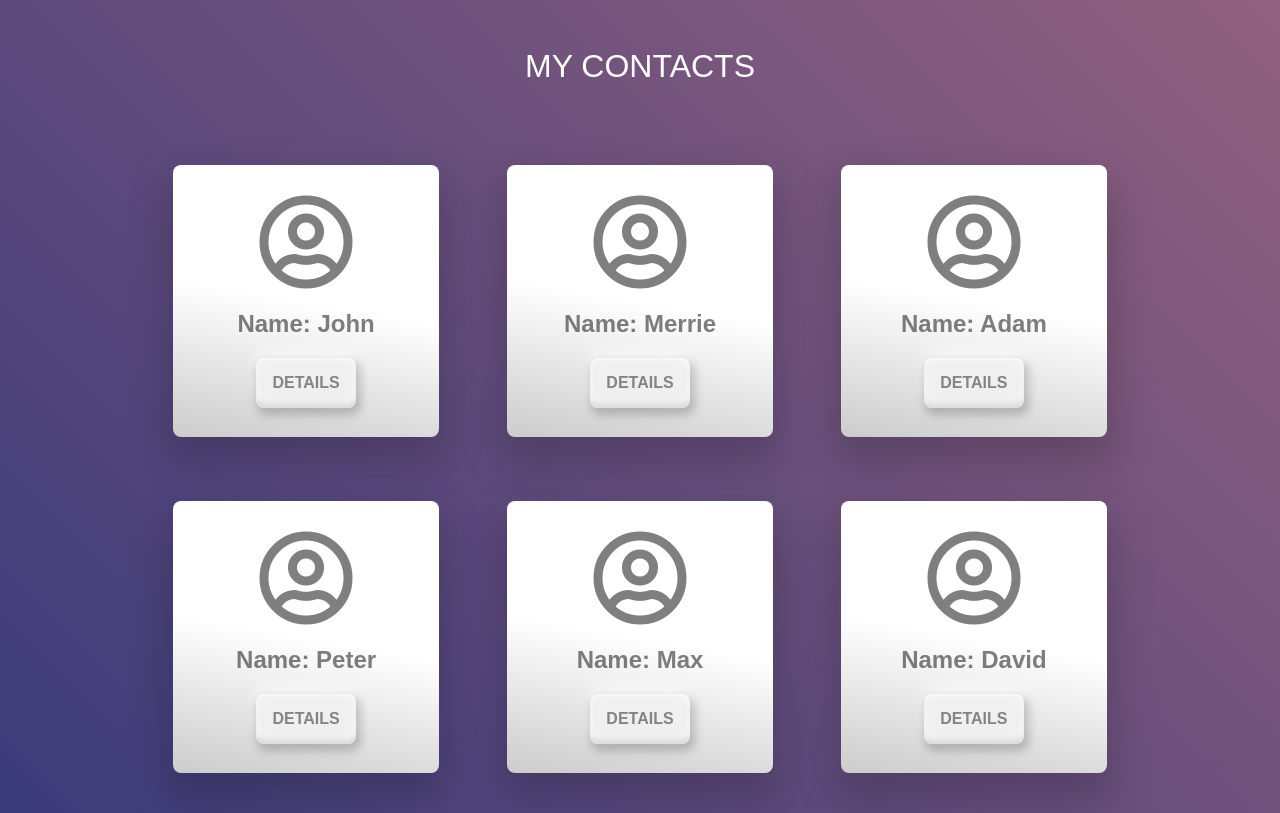
Repository: jenny241093/JS-Core
Page: 03.JSApplications/07.Templating/05. JS-Applications-Templating-Lab-Resources/index.html
These files come from the project's save history. The page is drawn as it stood at one moment and after the next save; the edit follows.
The browser window is 1280 px wide. The pictures show the whole page.
After loading, the first visible `button.detailsBtn` was clicked once.

Above is the page before, as saved 2019-04-04 12:53:26.
Console error (its wording comes from the project's code and is left out).

After the next save:
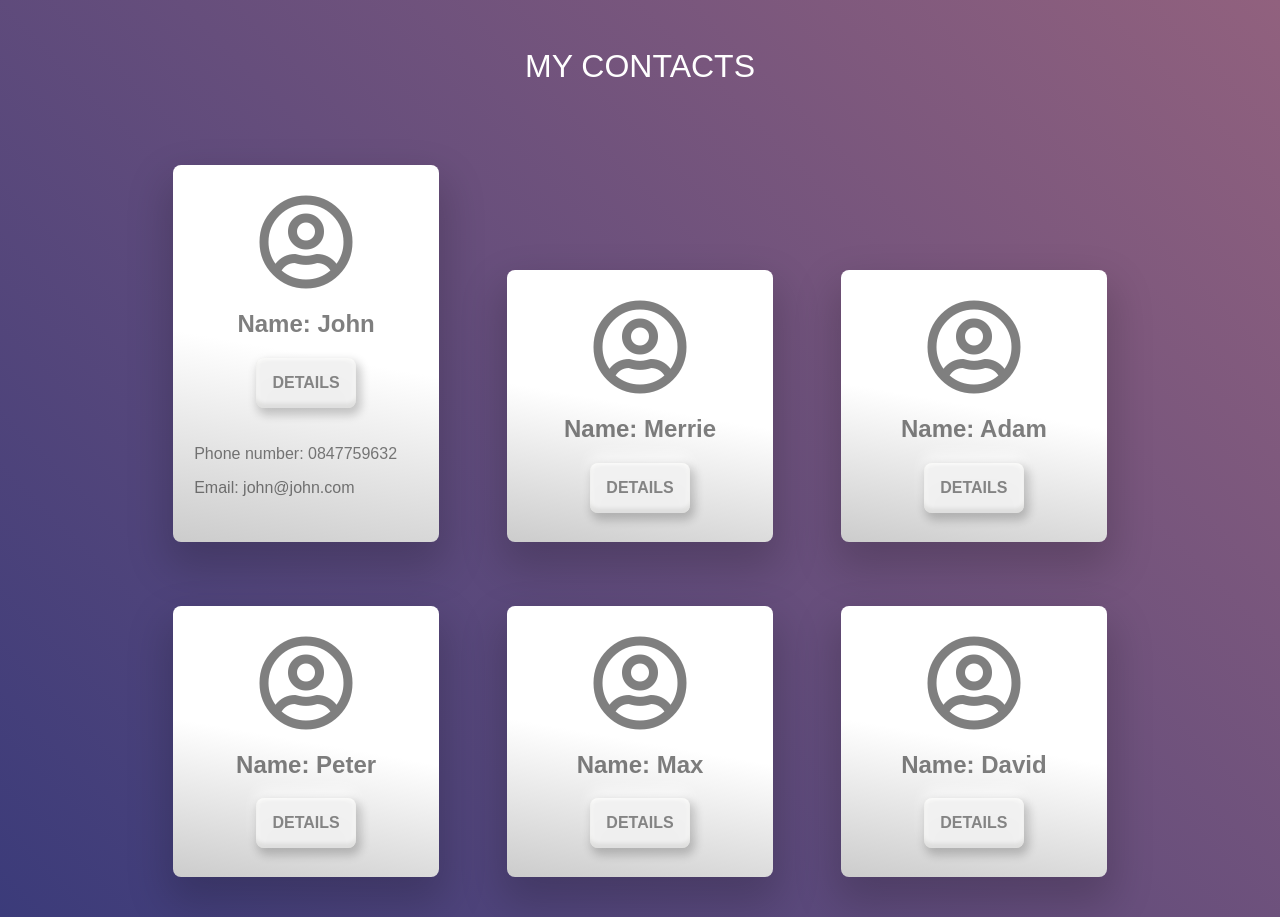
The error is gone.
Saved 106 s later.
--- a/03.JSApplications/07.Templating/05. JS-Applications-Templating-Lab-Resources/renderContacts.js
+++ b/03.JSApplications/07.Templating/05. JS-Applications-Templating-Lab-Resources/renderContacts.js
@@ -1,7 +1,3 @@
-function showDetails(id) {
-    $('#${id}').toggle();
-}
-
 $(async() => {
     try {
         const contactListHtml = await $.get(`./contact-list.hbs`);
@@ -17,3 +13,7 @@ $(async() => {
     }
 
 })
+
+function showDetails(id) {
+    $(`#${id}`).toggle();
+}
